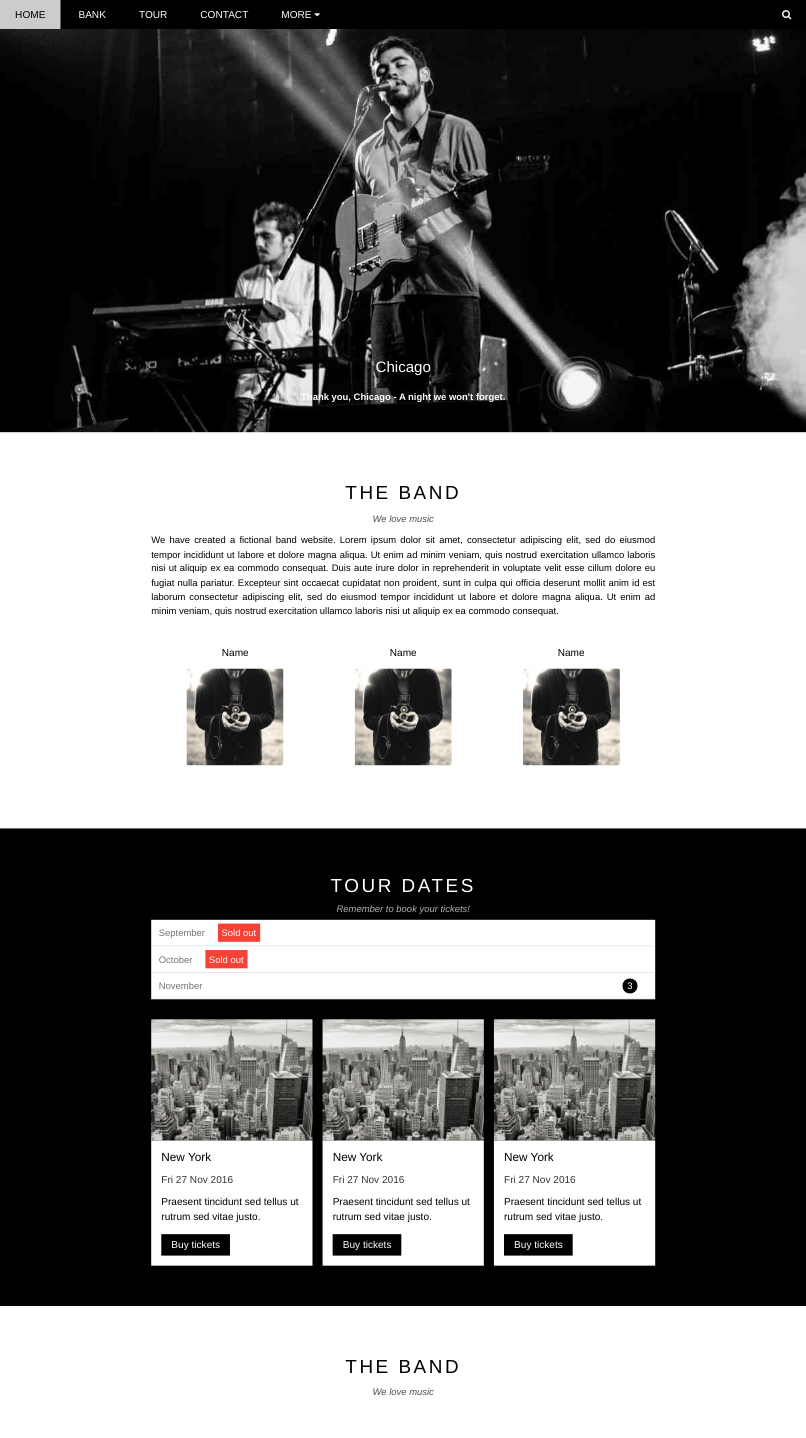
Repository: vuongtm1999/TheBand_W3School
Page: index.html
The author's editor kept a copy of each file at every save. The page is drawn from the files as they stood at one save, then again after the next save.
The browser window is 1280 px wide. The pictures show the whole page, at 63% of full size.

Above is the page before, as saved 2022-08-27 16:55:55.

After the next save:
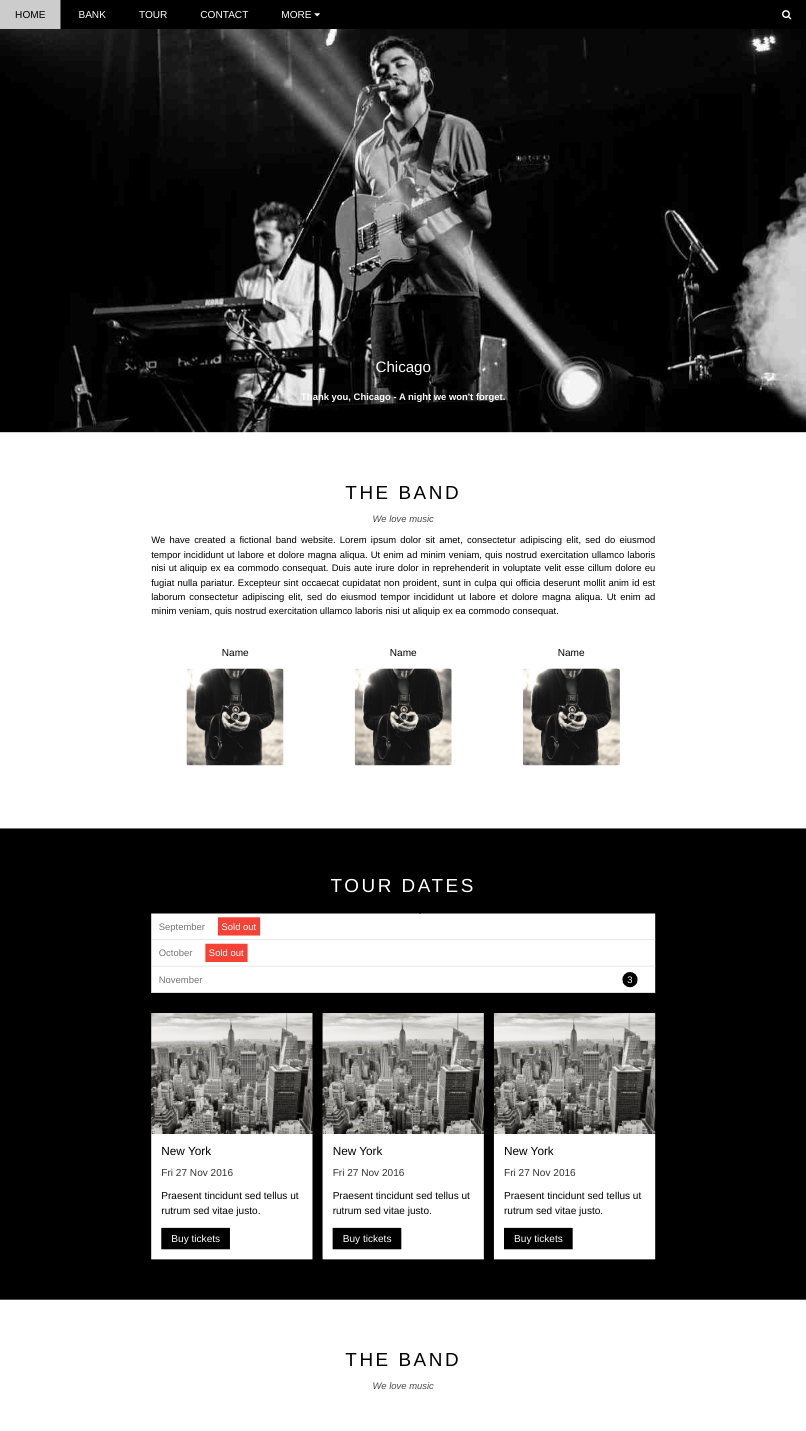
Saved 41 s later.
--- a/assets/css/style.css
+++ b/assets/css/style.css
@@ -220,7 +220,7 @@ a{
 }
 
 /*  begin: tour section */
-.white-color{
+.tour-section .section-heading{
     color: white !important;
     margin: 10px 0 !important;
 }

After the save that followed:
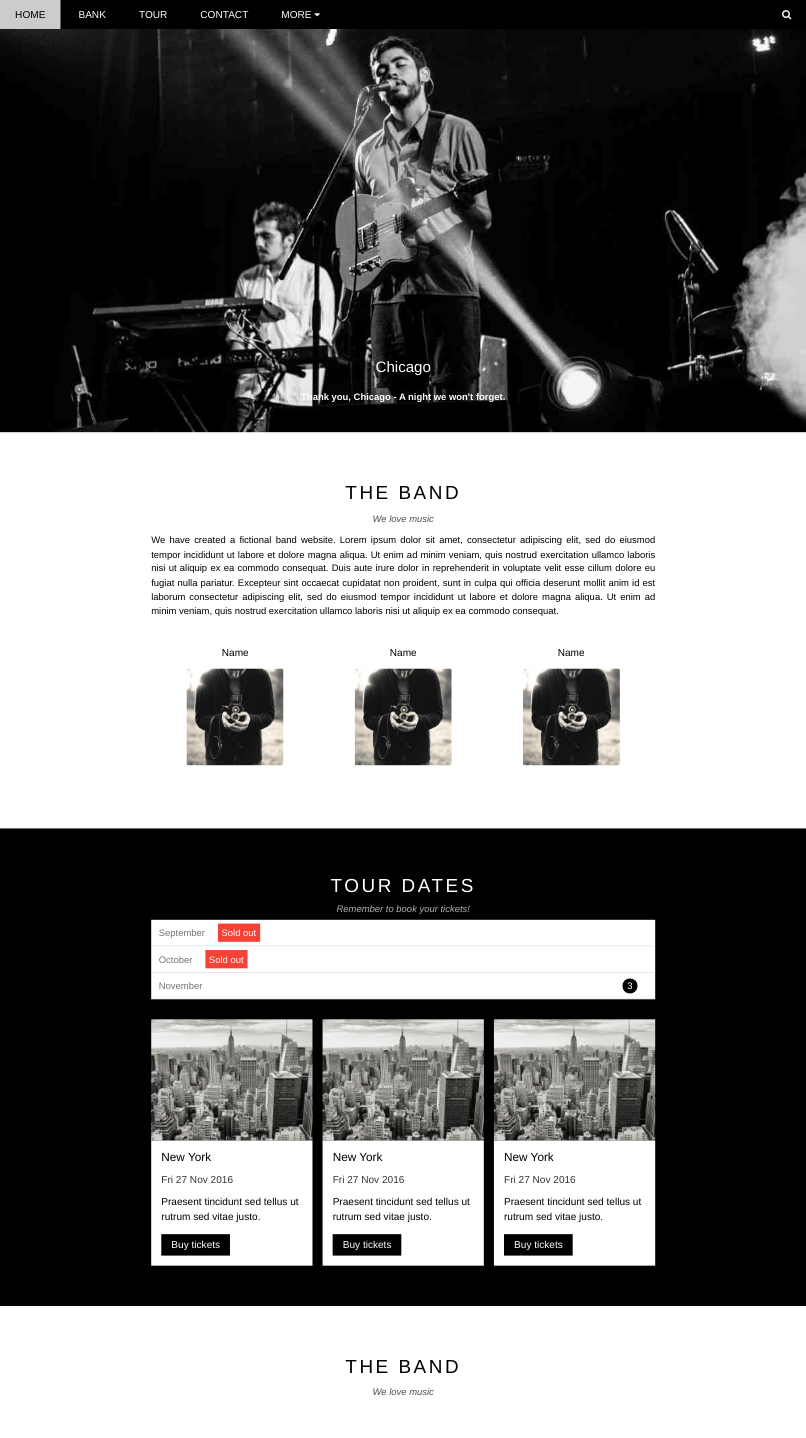
Saved 43 s later.
--- a/assets/css/style.css
+++ b/assets/css/style.css
@@ -220,7 +220,8 @@ a{
 }
 
 /*  begin: tour section */
-.tour-section .section-heading{
+.tour-section .section-heading,
+.tour-section .section-sub-heading{
     color: white !important;
     margin: 10px 0 !important;
 }
